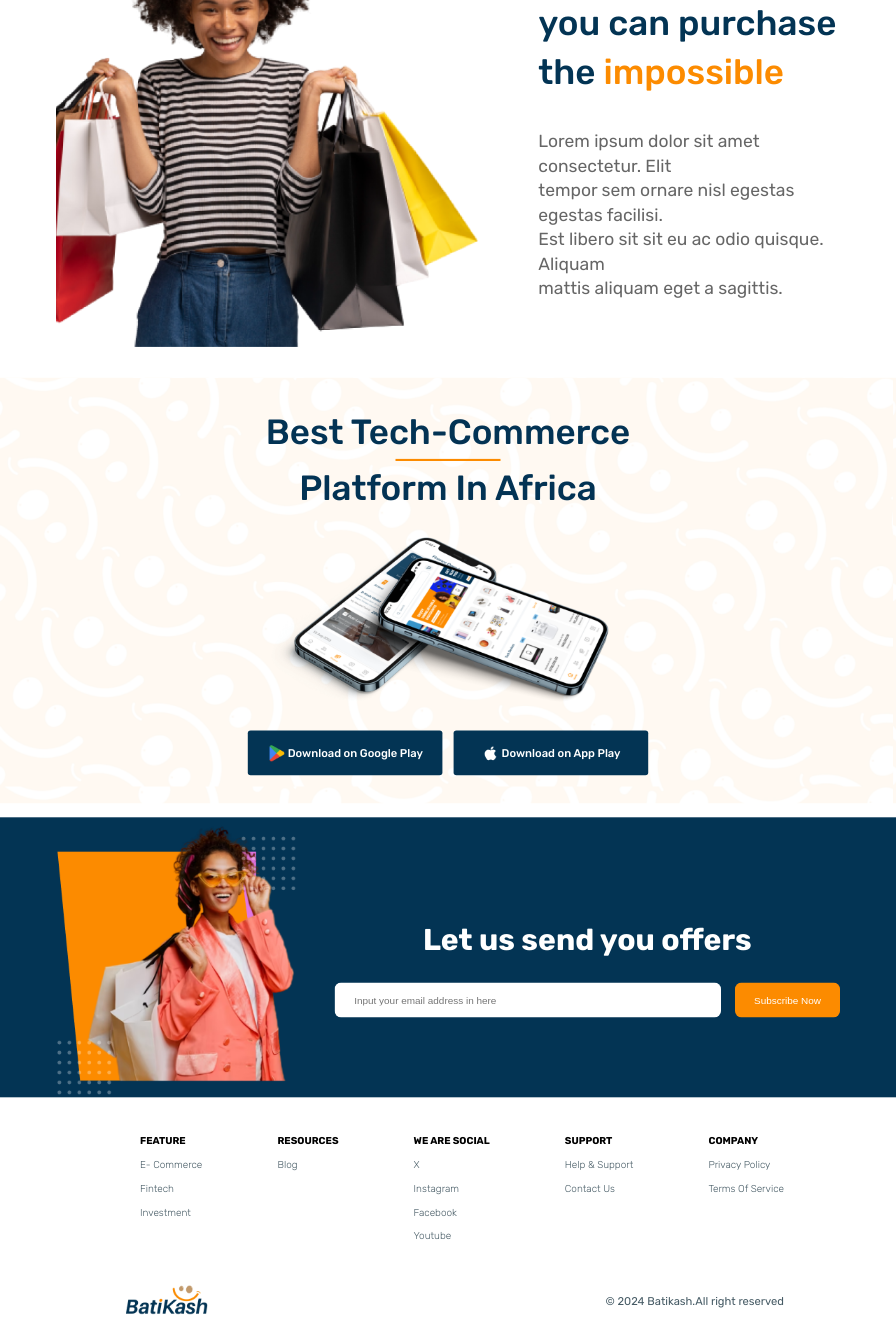
Repository: Batikashdev/batikash-website
Page: /
These files come from the project's save history. The page is drawn as it stood at one moment and after the next save; the edit follows.
The browser window is 1280 px wide. The pictures show the part of the page from y = 2321 to 4241 px (the page is 4211 px tall before and 4241 px after), at 70% of full size.
The project was rebuilt for these pictures with package versions that can differ from the ones it lists, and the page was loaded fresh each time. Also part of the build but not shown: vite.config.js, src/App.css, src/pages/About.jsx, src/components/blog/blog.scss, src/components/blog/BlogPost.jsx, src/components/blog/Frame1.jsx, src/components/blog/dummydate.js, src/pages/Blog.jsx and 6 more.

Above is the page before, as saved 2024-06-23 13:38:16.

After the next save:
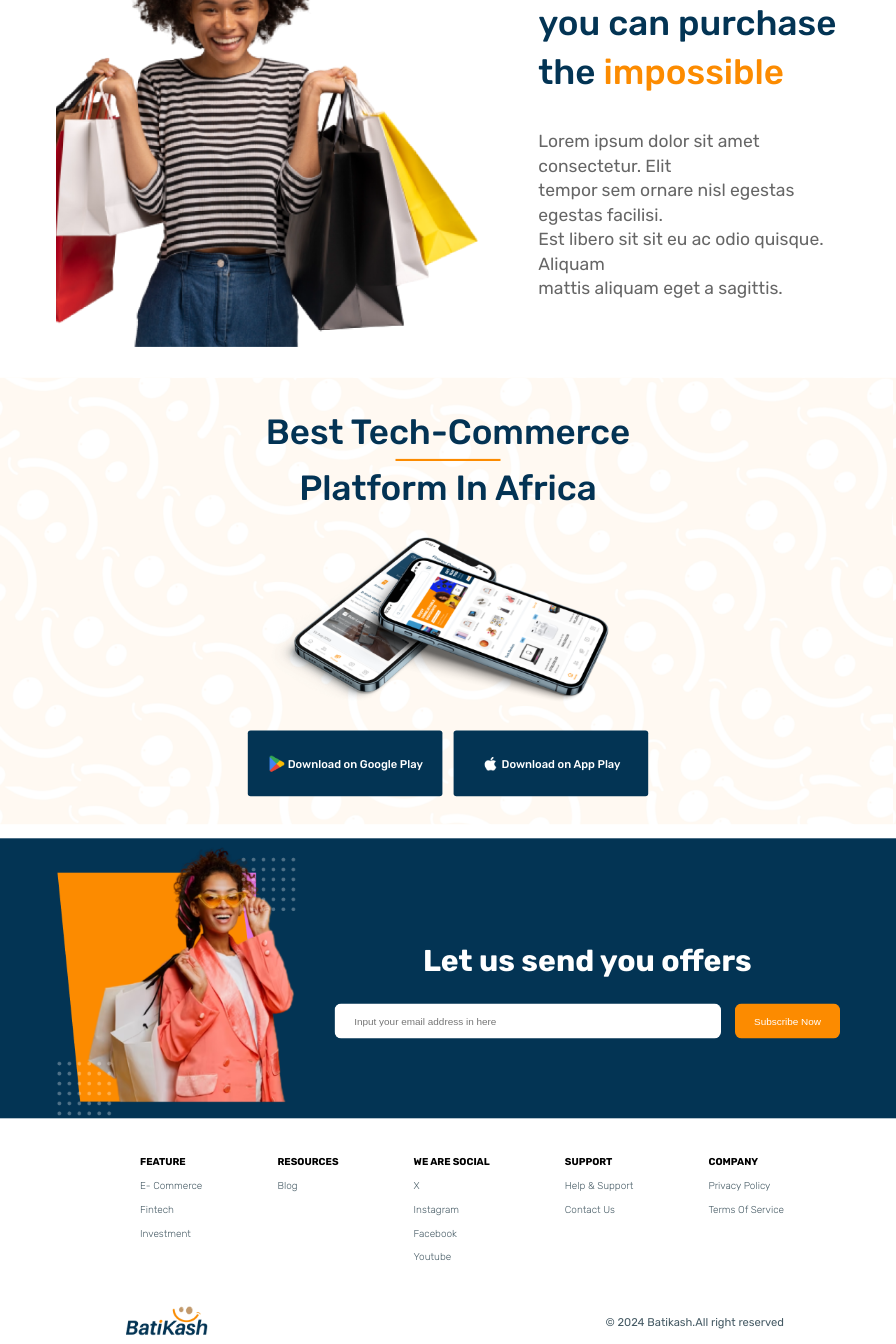
Saved 21 s later.
--- a/src/components/baseframe/baseframe.scss
+++ b/src/components/baseframe/baseframe.scss
@@ -27,7 +27,7 @@
             align-items: center;
             justify-content: center;
             width: 278px;
-            height: 64px;
+            height: 94px;
             border: none;
             border-radius: 4px;
             background: #033454;

After the save that followed:
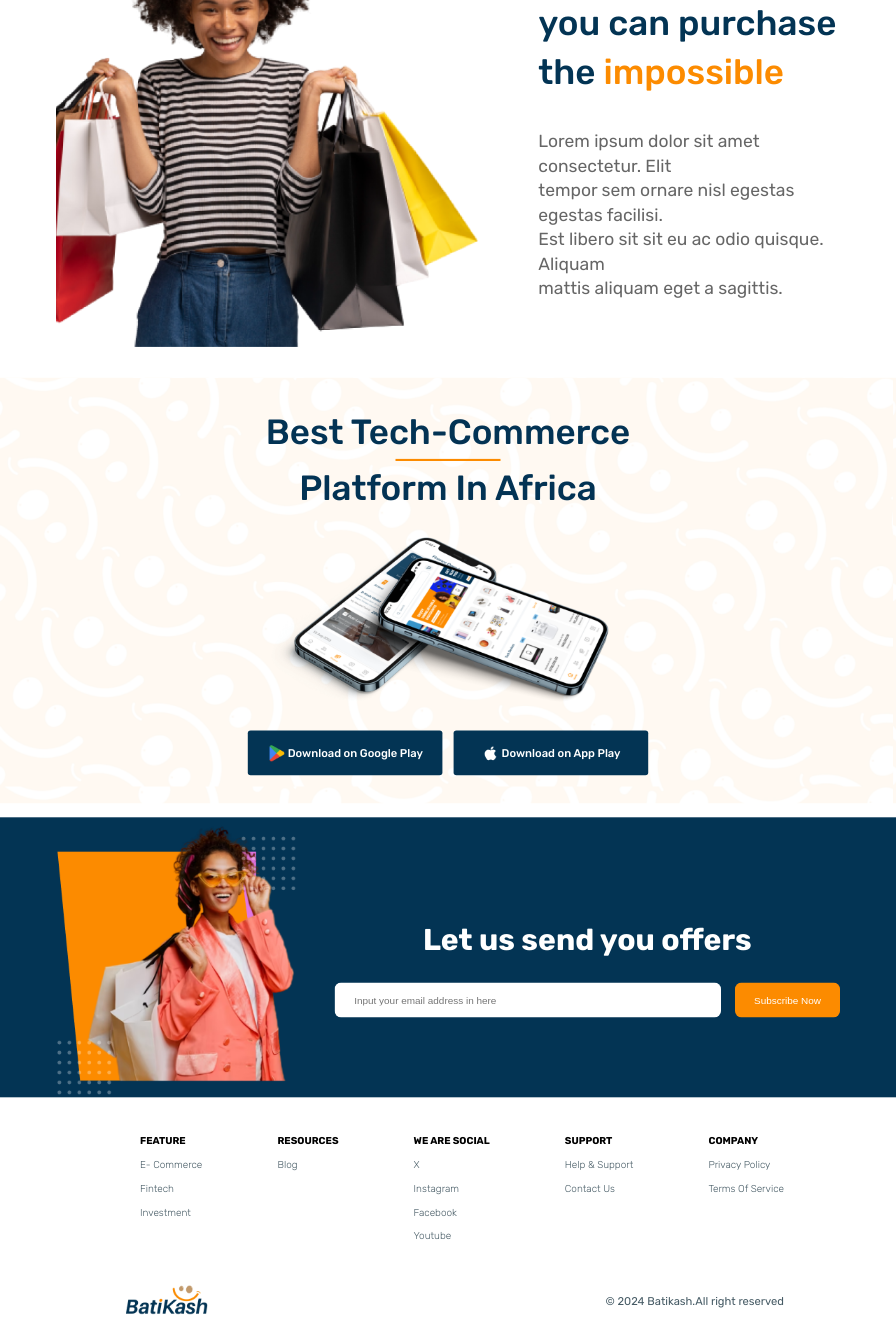
Saved 17 s later.
--- a/src/components/baseframe/baseframe.scss
+++ b/src/components/baseframe/baseframe.scss
@@ -27,7 +27,7 @@
             align-items: center;
             justify-content: center;
             width: 278px;
-            height: 94px;
+            height: 64px;
             border: none;
             border-radius: 4px;
             background: #033454;
